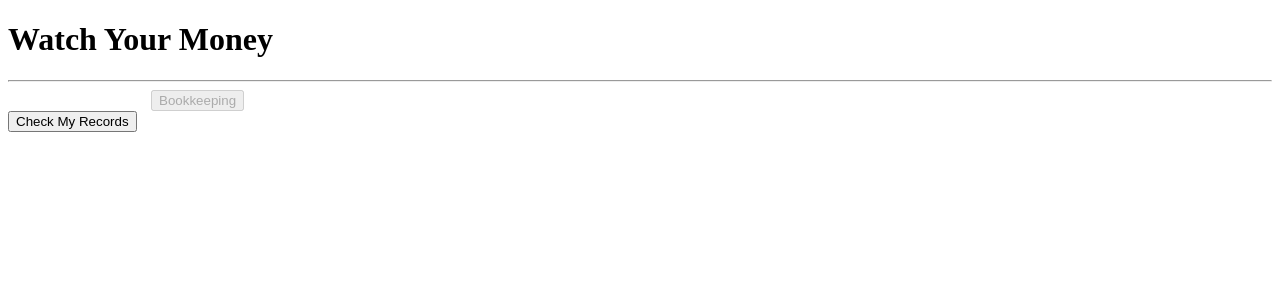
Repository: chelsea9869/Hackathon-TNT
Page: http://localhost/app/watch_your_money.php
These files come from the project's save history. The page is drawn as it stood at one moment and after the next save; the edit follows.
The browser window is 1280 px wide. The pictures show the whole page.
The page is run by PHP 8.4 with error messages shown; the project is at /var/www/html/.

Above is the page before, as saved 2020-09-05 10:56:24.

After the next save:
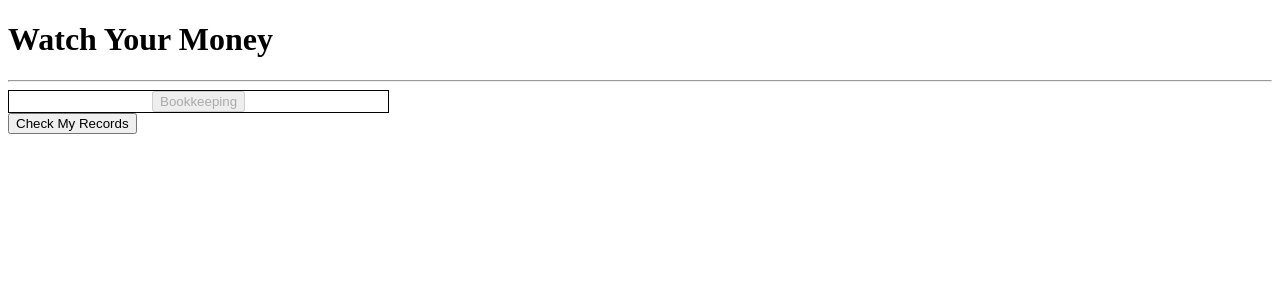
Saved 8 s later.
--- a/app/watch_your_money.php
+++ b/app/watch_your_money.php
@@ -10,7 +10,7 @@
     <hr>
     <div name='function' style="width:100%">
         <!-- <div id='dummy' style="width:20%;display: inline-table"></div> -->
-        <div id='bookkeeping' style="width:30%;text-align:center;border:1px">
+        <div id='bookkeeping' style="width:30%;text-align:center;border:1px solid">
             <button disabled="disabled">Bookkeeping</button>
         </div>
         <div id='check_records' style="width:30%;display: inline-table">
